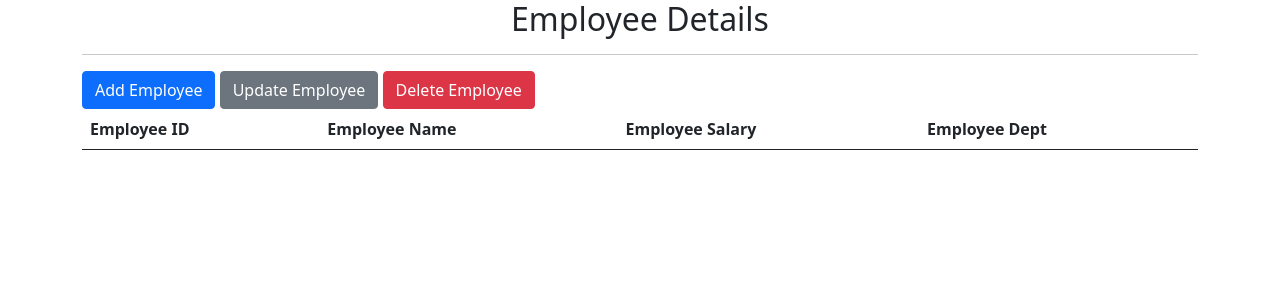
Repository: bhatideepak599/JspServlets
Page: http://localhost/10-student-mvc-db/Student
These files come from the project's save history. The page is drawn as it stood at one moment and after the next save; the edit follows.
The browser window is 1280 px wide. The pictures show the whole page.
The page is served by Tomcat 9. Queries for data that is not in the repository find no rows.

Above is the page before, as saved 2024-07-17 10:44:31.

After the next save:
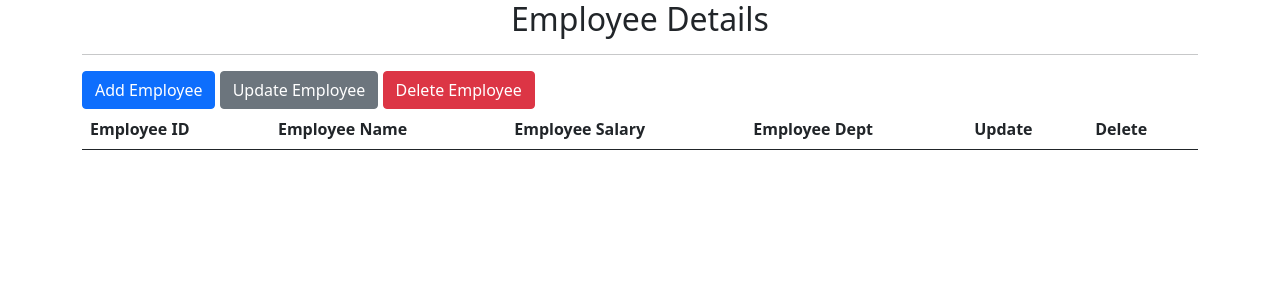
Saved 9 min 3 s later.
--- a/10-student-mvc-db/WebContent/empFile.jsp
+++ b/10-student-mvc-db/WebContent/empFile.jsp
@@ -48,6 +48,8 @@
 				<th>Employee Salary</th>
 
 				<th>Employee Dept</th>
+				<th>Update</th>
+				<th>Delete</th>
 
 			</tr>
 
@@ -67,6 +69,16 @@
 
 					<td>${student.dept}</td>
 
+					<td>
+						<a href="Student?command=update & Id=${student.id }" class="btn btn-secondary">Update</a>
+						</td>
+
+					<td>
+						<a href="Student?command=delete & Id=${student.id }" class="btn btn-warning">Delete</a>
+						</td>
+
+
+
 				</tr>
 
 			</c:forEach>
